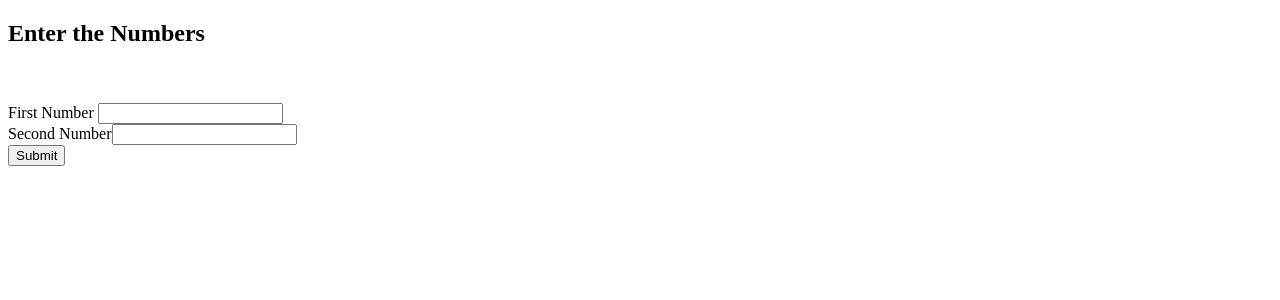
Repository: r-svp26/J2EE-Hands-On
Page: ServletBasics/WebContent/number.html
These files come from the project's save history. The page is drawn as it stood at one moment and after the next save; the edit follows.
The browser window is 1280 px wide. The pictures show the whole page.

Above is the page before, as saved 2020-01-03 13:16:17.

### ServletBasics/WebContent/number.html
<!DOCTYPE html>
	<html>

		<head>
			<meta charset="ISO-8859-1">
			<title>Addition Of Two Numbers</title>
		</head>

		<body>
			<form action="AdditionServlet">
				<h2>Enter the Numbers</h2><br><br>

					First Number <input type="text" name="num1"> <br>
					Second Number<input type="text" name="num2">  <br>
					<input type="submit" name="Submit"/>
			</form>
		</body>
</html>

After the next save:
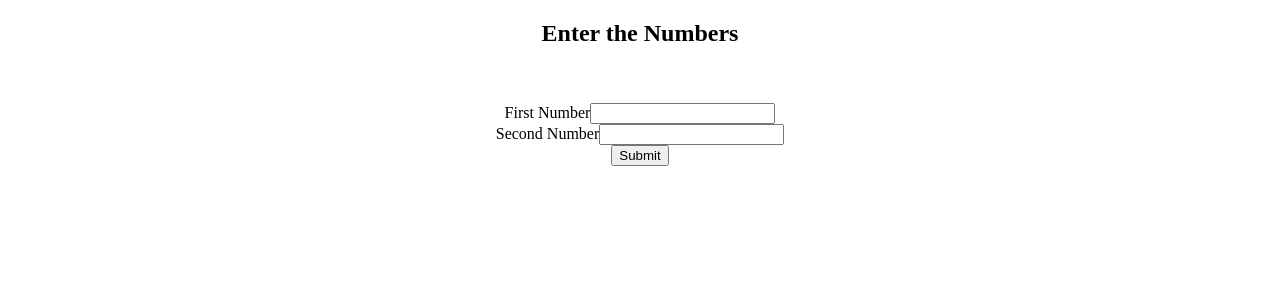
Saved 3 min 3 s later.
--- a/ServletBasics/WebContent/number.html
+++ b/ServletBasics/WebContent/number.html
@@ -6,11 +6,12 @@
 			<title>Addition Of Two Numbers</title>
 		</head>
 
-		<body>
+
+		<body bg-color="#B3B6B7" align="center">
 			<form action="AdditionServlet">
 				<h2>Enter the Numbers</h2><br><br>
 
-					First Number <input type="text" name="num1"> <br>
+					First Number<input type="text" name="num1"> <br>
 					Second Number<input type="text" name="num2">  <br>
 					<input type="submit" name="Submit"/>
 			</form>
